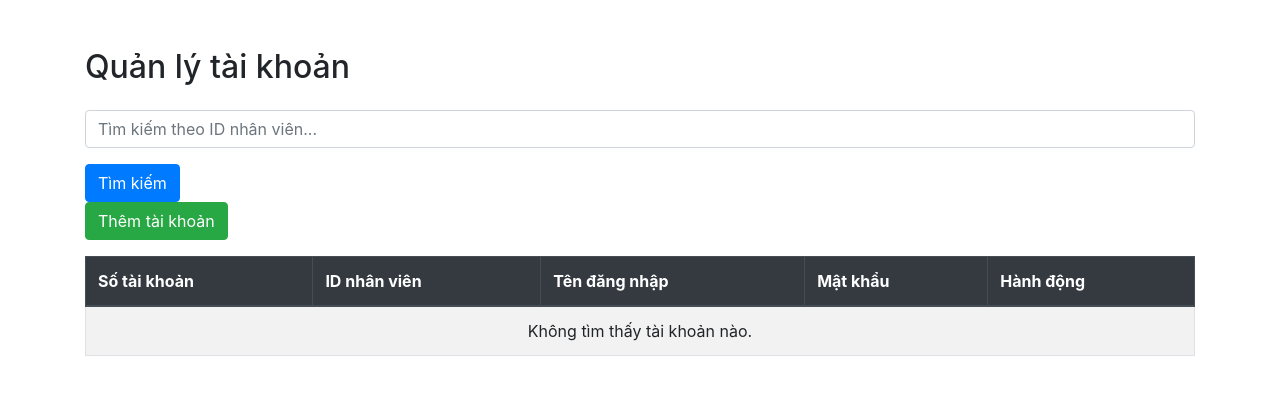
Repository: HuuThanh0602/PhongKhamNhi
Page: http://localhost/account_management.php
An editor plug-in stored every save of this project. The page is shown before and after the next save, followed by the edit.
The browser window is 1280 px wide. The pictures show the whole page.
Some web libraries are served in a nearby version. The page is run by PHP 8.4 with error messages shown; the project is at /var/www/html/. Queries for data that is not in the repository find no rows.

Above is the page before, as saved 2024-11-03 07:46:14.

### nhanvien/account_management.php
<!DOCTYPE html>
<html lang="vi">

<head>
    <meta charset="UTF-8">
    <meta name="viewport" content="width=device-width, initial-scale=1.0">
    <title>Quản lý tài khoản</title>
    <link href="https://maxcdn.bootstrapcdn.com/bootstrap/4.5.2/css/bootstrap.min.css" rel="stylesheet">
</head>

<body>
    <div class="container mt-5">
        <h2 class="mb-4">Quản lý tài khoản</h2>

        <!-- Form tìm kiếm tài khoản -->
        <form method="GET" action="">
            <input type="text" name="search_account" class="form-control mb-3" placeholder="Tìm kiếm theo ID nhân viên..."
                   value="<?php echo isset($_GET['search_account']) ? htmlspecialchars($_GET['search_account']) : ''; ?>">
            <button type="submit" class="btn btn-primary">Tìm kiếm</button>
        </form>

        <!-- Nút thêm tài khoản -->
        <a href="add_account.php" class="btn btn-success mb-3">Thêm tài khoản</a>

        <!-- Bảng hiển thị danh sách tài khoản -->
        <table class="table table-striped table-bordered">
            <thead class="thead-dark">
                <tr>
                    <th>Số tài khoản</th>
                    <th>ID nhân viên</th>
                    <th>Tên đăng nhập</th>
                    <th>Mật khẩu</th>
                    <th>Hành động</th>
                </tr>
            </thead>
            <tbody>
                <?php
                require_once 'DBConnection.php';
                $db = new DBConnection();
                $conn = $db->connect();

                // Kiểm tra xem có yêu cầu tìm kiếm hay không
                $search_account = isset($_GET['search_account']) ? $_GET['search_account'] : '';

                // Sử dụng câu truy vấn có tham số
                $stmt = $conn->prepare("SELECT * FROM TaiKhoan WHERE MaNhanVien LIKE :search_account");
                $stmt->bindValue(':search_account', '%' . $search_account . '%', PDO::PARAM_STR);
                $stmt->execute();

                $accounts = $stmt->fetchAll(PDO::FETCH_ASSOC);

                // Hiển thị kết quả
                if (count($accounts) > 0) {
                    foreach ($accounts as $account) {
                        echo "<tr>
                            <td>" . htmlspecialchars($account['SoTaiKhoan']) . "</td>
                            <td>" . htmlspecialchars($account['MaNhanVien']) . "</td>
                            <td>" . htmlspecialchars($account['TenDangNhap']) . "</td>
                            <td>****</td> <!-- Mật khẩu được che để bảo mật -->
                            <td>
                                <a href='edit_account.php?id=" . urlencode($account['SoTaiKhoan']) . "' class='btn btn-warning btn-sm'>Sửa</a>
                                <a href='delete_account.php?id=" . urlencode($account['SoTaiKhoan']) . "' class='btn btn-danger btn-sm' onclick='return confirm(\"Bạn có chắc chắn muốn xóa?\")'>Xóa</a>
                            </td>
                        </tr>";
                    }
                } else {
                    echo "<tr><td colspan='5' class='text-center'>Không tìm thấy tài khoản nào.</td></tr>";
                }
                ?>
            </tbody>
        </table>
    </div>

    <!-- Bootstrap JS và các phụ thuộc -->
    <script src="https://code.jquery.com/jquery-3.5.1.min.js"></script>
    <script src="https://cdn.jsdelivr.net/npm/@popperjs/core@2.5.4/dist/umd/popper.min.js"></script>
    <script src="https://stackpath.bootstrapcdn.com/bootstrap/4.5.2/js/bootstrap.min.js"></script>
</body>
</html>

### nhanvien/DBConnection.php
<?php

class DBConnection {
    private $host = '127.0.0.1';
    private $dbName = 'BTL';
    private $username = 'root';
    private $password = '';
    private $conn;

    public function connect() {
        $this->conn = null;
        try {
            // Chuỗi kết nối MySQL
            $this->conn = new PDO("mysql:host=$this->host;dbname=$this->dbName", $this->username, $this->password);
            $this->conn->setAttribute(PDO::ATTR_ERRMODE, PDO::ERRMODE_EXCEPTION);
            $this->conn->setAttribute(PDO::ATTR_DEFAULT_FETCH_MODE, PDO::FETCH_ASSOC);
        } catch (PDOException $e) {
            echo "Kết nối thất bại: " . $e->getMessage();
        }
        return $this->conn;
    }

    public function disconnect() {
        $this->conn = null;
    }
}

After the next save:
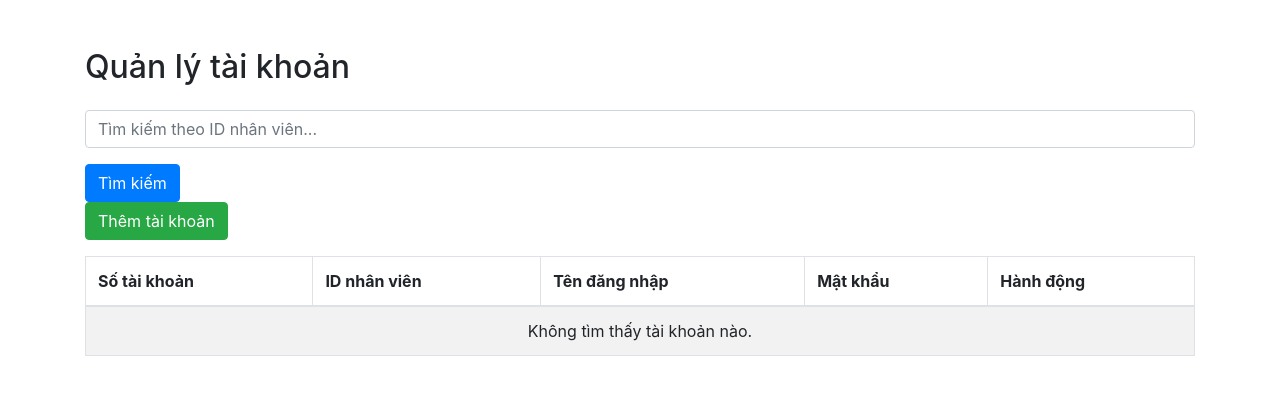
Saved 56 s later.
--- a/nhanvien/account_management.php
+++ b/nhanvien/account_management.php
@@ -24,7 +24,7 @@
 
         <!-- Bảng hiển thị danh sách tài khoản -->
         <table class="table table-striped table-bordered">
-            <thead class="thead-dark">
+            <thead class=>
                 <tr>
                     <th>Số tài khoản</th>
                     <th>ID nhân viên</th>
